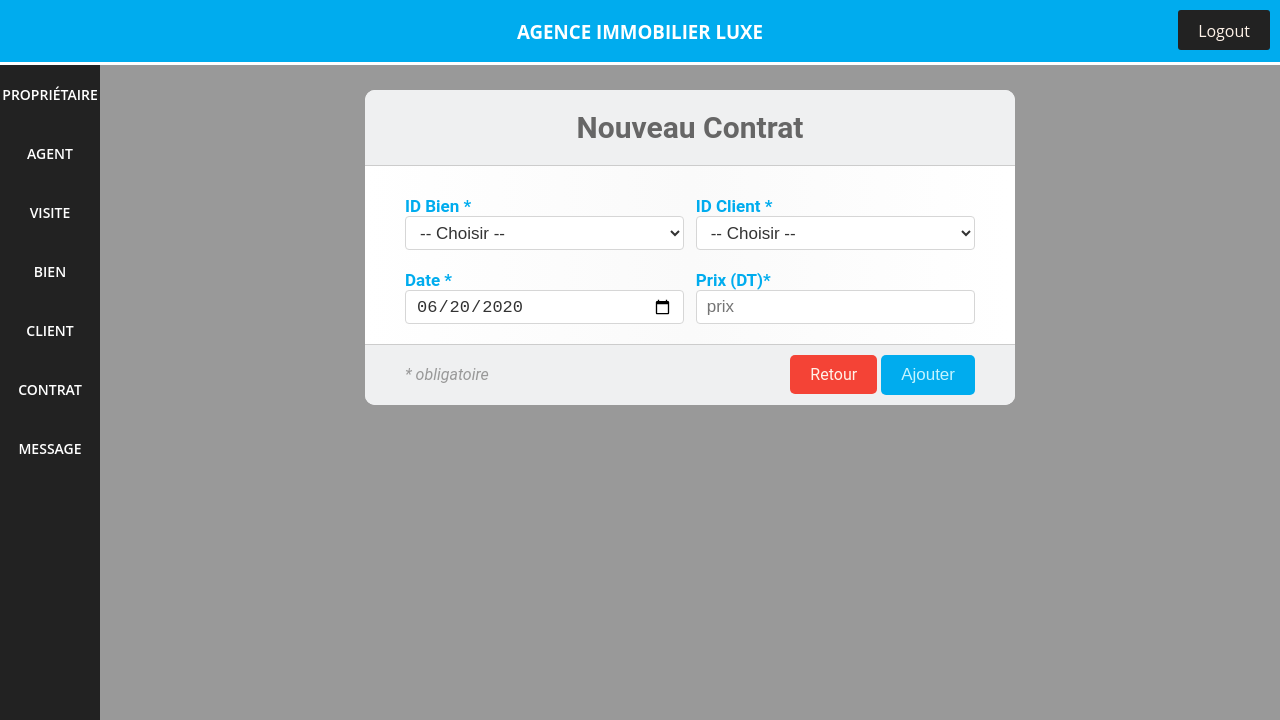
Repository: hassen-mnejja/Real_Estate_Agency_Website
Page: http://localhost/backoffice/WEB-INF/contratajouter.jsp
The author's editor kept a copy of each file at every save. The page is drawn from the files as they stood at one save, then again after the next save.
The browser window is 1280 px wide. The pictures show the whole page.
Some icons come from a web library that is not loaded, so they are not drawn. The page is served by Tomcat 9. Nobody is signed in. Other server files are loaded and not shown. The template is opened directly, without the code that normally fills it, so the values that code supplies are empty.

Above is the page before, as saved 2020-06-22 19:37:39.

### backoffice/WebContent/WEB-INF/contratajouter.jsp
<%@ page language="java" contentType="text/html; charset=UTF-8" pageEncoding="UTF-8"%>
<%@ taglib uri="http://java.sun.com/jsp/jstl/core" prefix="c"%>
<!DOCTYPE html>
<html>
<head>
<script src="../JS/1351.js"></script>
<title>Ajouter un contrat</title>
<link rel="stylesheet" href="../Style/MonStyle.css">
<link rel="icon" href="../Images/icon4.ico" />
<script src="../JS/jquery-3.4.1.js"></script>
<style>
.my-form {
	width: 650px;
}

a.log {
	position: fixed;
	float: left;
	background: #222;
	border-radius: 3px 3px 3px 3px;
	height: 20px;
	top: 10px;
	right: 10px;
}
</style>
</head>
<body>

	<!-- navbar -->
	<div id="nav-placeholder"></div>

	<!-- contenu -->
	<div id="contenu">
		<form class="my-form" action="ajoutercontrat" method="post">

			<!-- form header -->
			<div class="form-header">
				<h1>Nouveau Contrat</h1>
			</div>

			<!-- form body -->
			<div class="form-body">

				<!-- idbien et idclient -->
				<div class="horizontal-group">
					<div class="form-group left">
						<label for="idbien" class="label-title">ID Bien *</label> <select id="idbien" name="idbien" class="form-input" required="required">
							<option disabled selected value="">-- Choisir --</option>
							<c:forEach var="bien" items="${biens}">
								<option value="${bien.idBien}">${bien.idBien} : ${bien.descriptif}</option>
							</c:forEach>
						</select>
					</div>
					<div class="form-group right">
						<label for="idclient" class="label-title">ID Client *</label> <select id="idclient" name="idclient" class="form-input" required="required">
							<option disabled selected value="">-- Choisir --</option>
							<c:forEach var="client" items="${clients}">
								<option value="${client.idClient}">${client.idClient} : ${client.nom} ${client.prenom}</option>
							</c:forEach>
						</select>
					</div>
				</div>

				<!-- Date et Prix -->
				<div class="horizontal-group">
					<div class="form-group left">
						<label for="numpriv" class="label-title">Date *</label> <input type="date" id="date" name="date" class="form-input" required="required"/>
					</div>
					<div class="form-group right">
						<label for="numtrav" class="label-title">Prix (DT)*</label> <input type="number" id="prix" name="prix" class="form-input" placeholder="prix" required="required"/>
					</div>
				</div>
			</div>
			<!-- form-footer -->
			<div class="form-footer">
				<span>* obligatoire</span> <a href="home">Retour</a>
				<button type="submit" class="btn">Ajouter</button>
			</div>

		</form>

	</div>

	<!-- javascript -->
	<script>
		document.getElementById('date').valueAsDate = new Date();
		$(function() {
			$("#nav-placeholder").load("../navbar.html");
		});
	</script>
</body>
</html>

### backoffice/WebContent/Style/MonStyle.css
@charset "ISO-8859-1";
.aa:hover {
	background-color: rgba(0, 0, 0, 0);
	color: #4088a3;
}

.aa:link, .aa:visited {
	background-color: rgba(0, 0, 0, 0);
	color: #666;
	text-decoration: none;
	display: inline-block;
	border: none;
	padding: 0px 0px;
}

.nav {
	position: fixed;
	top: 60px;
	left: 0px;
	width: 100px;
	height: 100%;
	background: #222;
	z-index: 2;
}

.contenu {
	position: fixed;
	top: 60px;
	left: 100px;
	width: 100%;
	height: 100%;
	background: #999;
	z-index: 2;
}

.header {
	position: fixed;
	left: 0;
	right: 0;
	z-index: 1002;
	min-height: 60px;
	padding: 0 15px;
	background: #00acee;
	border-bottom: 3px solid white;
}

#contenu {
	position: fixed;
	top: 60px;
	left: 100px;
	width: calc(100% - 100px);
	height: 100%;
	background: #999;
	z-index: 1;
	margin-left: auto;
	margin-right: auto;
	transition: all 500ms linear;
	overflow-y: auto;
}

#contenu.active {
	left: 0px;
	width: 100%;
}

#nav {
	left: 0px;
	transition: all 500ms linear;
}

#nav.active {
	left: -100px;
}

.nav span {
	display: block;
	font-size: 14px;
	color: #fff;
	font-weight: 600;
	text-transform: uppercase;
	margin-top: 10px;
}

.fi {
	font-size: 25px;
	color: #eee;
}

.toggle {
	position: fixed;
	font-size: 25px;
	color: #222;
	top: 15px;
	left: 40px;
	cursor: pointer;
}

.nav .nav-item {
	position: relative;
	width: 100%;
	text-align: center;
}

.nav .main-item, .nav .sub-item {
	padding: 15px 0px;
	background: #222;
}

.nav .nav-item .sub-items {
	position: absolute;
	top: 0px;
	left: -300px;
	width: max-content;
	z-index: -1;
	transition: all 300ms ease-in-out;
}

.nav .sub-items .sub-item {
	float: left;
	width: 100px;
}

.nav .main-item:hover, .nav .sub-item:hover {
	background: #00acee;
	cursor: pointer;
}

.nav .nav-item:hover .sub-items {
	left: 102px;
}

#elements {
	font-family: "Trebuchet MS", Arial, Helvetica, sans-serif;
	border-collapse: collapse;
	width: 100%;
	border: 1px solid #d6d6d6;
	border-radius: 3px 3px 3px 3px;
}

#elements td, #elements th {
	border: 1px solid #ddd;
	padding: 8px;
}

#elements tr:nth-child(even) {
	background-color: white;
}

#elements tr:nth-child(odd) {
	background-color: #eff0f1;
}

#elements tr:hover {
	background-color: #ddd;
}

#elements th {
	padding-top: 12px;
	padding-bottom: 12px;
	text-align: left;
	background-color: white;
	color: gray;
}

@import url('https://fonts.googleapis.com/css?family=Roboto');

/*---------------------------------------*/
/* Register Form */
/*---------------------------------------*/
body {
	margin: 0px;
	font-family: "Open Sans", sans-serif;
}

a:link, a:visited {
	background-color: #f44336;
	color: #fff3e9;
	padding: 10px 20px;
	text-align: center;
	text-decoration: none;
	display: inline-block;
	border: none;
	border-radius: 5px;
}

a:hover, a:active {
	background-color: #fa3c39;
	color: white;
}

.my-form {
	font-family: "Roboto", sans-serif;
	background: linear-gradient(to right, #ffffff 0%, #fafafa 50%, #ffffff 99%);
	border-radius: 10px;
	margin: 30px auto;
	width: 650px;
}

/*---------------------------------------*/
/* Form Header */
/*---------------------------------------*/
.form-header {
	background-color: #EFF0F1;
	border-top-left-radius: 10px;
	border-top-right-radius: 10px;
}

.form-header h1 {
	font-size: 30px;
	text-align: center;
	color: #666;
	padding: 20px 0;
	border-bottom: 1px solid #cccccc;
}

/*---------------------------------------*/
/* Form Body */
/*---------------------------------------*/
.form-body {
	padding: 10px 40px;
	color: #666;
}

.form-group {
	margin-bottom: 20px;
}

.form-body .label-title {
	color: #00acee;
	font-size: 17px;
	font-weight: bold;
}

.form-body .form-input {
	font-size: 17px;
	box-sizing: border-box;
	width: 100%;
	height: 34px;
	padding-left: 10px;
	padding-right: 10px;
	color: #333333;
	text-align: left;
	border: 1px solid #d6d6d6;
	border-radius: 4px;
	background: white;
	outline: none;
}

.horizontal-group .left {
	float: left;
	width: 49%;
}

.horizontal-group .right {
	float: right;
	width: 49%;
}

/*---------------------------------------*/
/* Form Footer */
/*---------------------------------------*/
.my-form .form-footer {
	background-color: #EFF0F1;
	border-bottom-left-radius: 10px;
	border-bottom-right-radius: 10px;
	padding: 10px 40px;
	text-align: right;
	border-top: 1px solid #cccccc;
	clear: both;
}

.form-footer span {
	float: left;
	margin-top: 10px;
	color: #999;
	font-style: italic;
	font-weight: thin;
}

.btn {
	display: inline-block;
	padding: 10px 20px;
	background-color: #00acee;
	font-size: 17px;
	border: none;
	border-radius: 5px;
	color: #c3f4ff;
	cursor: pointer;
}

.btn:hover {
	background-color: #11addd;
	color: white;
}

a.log {
	position: fixed;
	float: left;
	background: #222;
	border-radius: 3px 3px 3px 3px;
	height: 20px;
	top: 10px;
	right: 10px;
}

.title {
	color: white;
	text-align: center;
	cursor: pointer;
}

### backoffice/WebContent/navbar.html
<script src="JS/1351.js"></script>
<header class="header black-bg">
	<i class="fas fa-bars toggle" onclick="toggle()" id="b"></i>
	<h3 class="title" onclick="window.location.href = '/backoffice/prive/home';">AGENCE IMMOBILIER LUXE</h3>
	<a class="log" href="/backoffice/logout" id="discon">Logout</a>
</header>
<div class="nav" id="nav" style="display: block">
	<div class="nav-item">
		<div class="main-item">
			<i class="fad fa-house-user fi"></i> <span>Propriétaire</span>
		</div>
		<div class="sub-items">
			<div class="sub-item" onclick="window.location.href = '/backoffice/prive/ajouterprop';">
				<i class="fad fa-user-plus fi"></i> <span>Ajouter</span>
			</div>
			<div class="sub-item" onclick="window.location.href = '/backoffice/prive/chercherprop';">
				<i class="fad fa-search fi"></i> <span>Chercher</span>
			</div>
		</div>
	</div>
	<div class="nav-item">
		<div class="main-item">
			<i class="fad fa-user-headset fi"></i> <span>Agent</span>
		</div>
		<div class="sub-items">
			<div class="sub-item" onclick="window.location.href = '/backoffice/prive/ajouteragent';">
				<i class="fad fa-user-plus fi"></i> <span>Ajouter</span>
			</div>
			<div class="sub-item" onclick="window.location.href = '/backoffice/prive/chercheragent';">
				<i class="fad fa-search fi"></i> <span>Chercher</span>
			</div>
		</div>
	</div>
	<div class="nav-item">
		<div class="main-item">
			<i class="fad fa-house-return fi"></i> <span>Visite</span>
		</div>
		<div class="sub-items">
			<div class="sub-item">
				<i class="fad fa-calendar-plus fi"></i> <span>Programmer</span>
			</div>
			<div class="sub-item">
				<i class="fad fa-search fi"></i> <span>Chercher</span>
			</div>
		</div>
	</div>
	<div class="nav-item">
		<div class="main-item">
			<i class="fad fa-house fi"></i> <span>Bien</span>
		</div>
		<div class="sub-items">
			<div class="sub-item" onclick="window.location.href = '/backoffice/prive/ajouterbien';">
				<i class="fad fa-plus fi"></i> <span>Ajouter</span>
			</div>
			<div class="sub-item" onclick="window.location.href = '/backoffice/prive/chercherbien';">
				<i class="fad fa-search fi"></i> <span>Chercher</span>
			</div>
		</div>
	</div>
	<div class="nav-item">
		<div class="main-item">
			<i class="fad fa-user fi"></i> <span>client</span>
		</div>
		<div class="sub-items">
			<div class="sub-item">
				<i class="fad fa-user-plus fi"></i> <span>Ajouter</span>
			</div>
			<div class="sub-item">
				<i class="fad fa-search fi"></i> <span>Chercher</span>
			</div>
		</div>
	</div>
	<div class="nav-item">
		<div class="main-item">
			<i class="fad fa-file fi"></i> <span>contrat</span>
		</div>
		<div class="sub-items">
			<div class="sub-item" onclick="window.location.href = '/backoffice/prive/ajoutercontrat';">
				<i class="fad fa-file-plus fi"></i> <span>Ajouter</span>
			</div>
			<div class="sub-item" onclick="window.location.href = '/backoffice/prive/cherchercontrat';">
				<i class="fad fa-file-search fi"></i> <span>Chercher</span>
			</div>
		</div>
	</div>
	<div class="nav-item">
		<div class="main-item">
			<i class="fad fa-comments-alt fi"></i> <span>Message</span>
		</div>
		<div class="sub-items">
			<div class="sub-item">
				<i class="fad fa-comment-alt-plus fi"></i> <span>Ajouter</span>
			</div>
			<div class="sub-item">
				<i class="fad fa-inbox fi"></i> <span>Chercher</span>
			</div>
		</div>
	</div>
</div>
<script>
	function toggle() {
		document.getElementById("nav").classList.toggle('active');
		document.getElementById("contenu").classList.toggle('active');
	}
</script>

Loaded but not shown: backoffice/WebContent/JS/1351.js (library); backoffice/WebContent/JS/jquery-3.4.1.js (library)

After the next save:
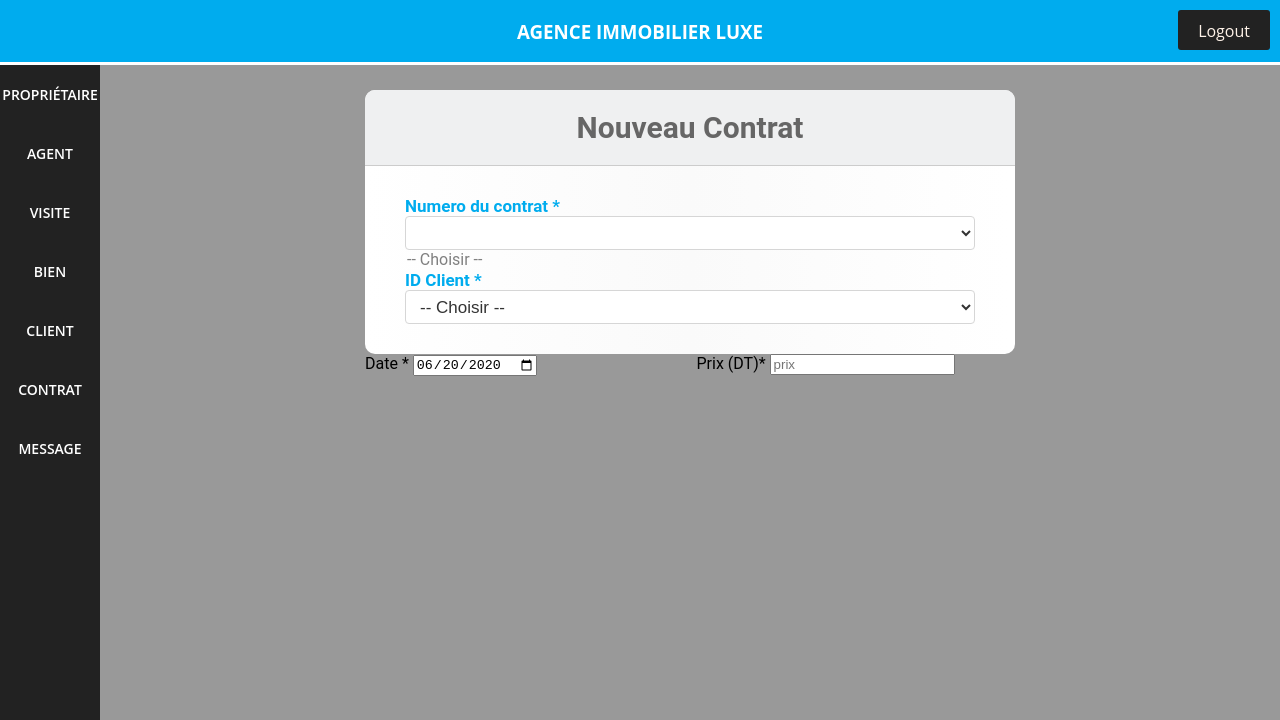
Saved 23 min 14 s later.
--- a/backoffice/WebContent/WEB-INF/contratajouter.jsp
+++ b/backoffice/WebContent/WEB-INF/contratajouter.jsp
@@ -40,7 +40,9 @@ a.log {
 
 			<!-- form body -->
 			<div class="form-body">
-
+				<div class="horizontal-group">
+					<label for="numcontrat" class="label-title">Numero du contrat *</label> <select id="numcontrat" name="numcontrat" class="form-input" required="required">
+				</div>
 				<!-- idbien et idclient -->
 				<div class="horizontal-group">
 					<div class="form-group left">
